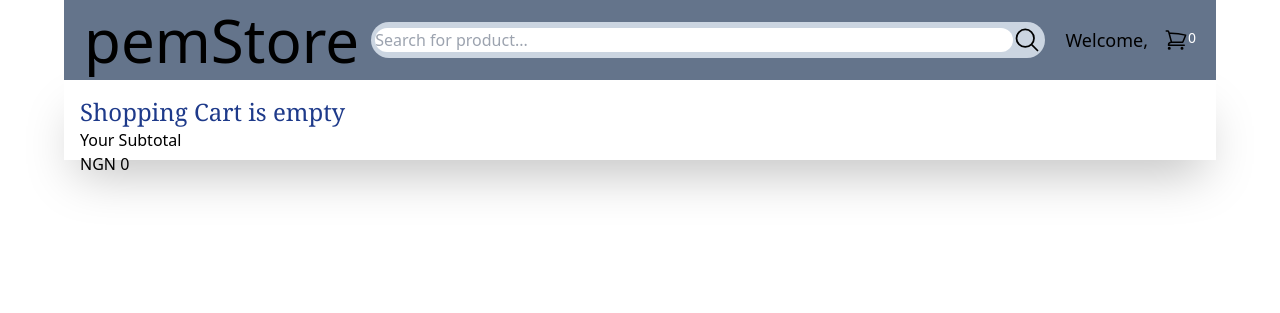
Repository: Semanmernstack/pemstore
Page: /checkout
The author's editor kept a copy of each file at every save. The page is drawn from the files as they stood at one save, then again after the next save.
The browser window is 1280 px wide. The pictures show the whole page.
The page's requests for data from a server got no answer. The project was rebuilt for these pictures with package versions that can differ from the ones it lists, and the page was loaded fresh each time. The framework's server and built-in components were replaced by stand-ins that run in the browser. No one was signed in, and anything a server would have sent is missing. Also part of the build but not shown: next.config.js, components/CheckoutProduct.js.

Above is the page before, as saved 2022-11-06 04:52:47.

After the next save:
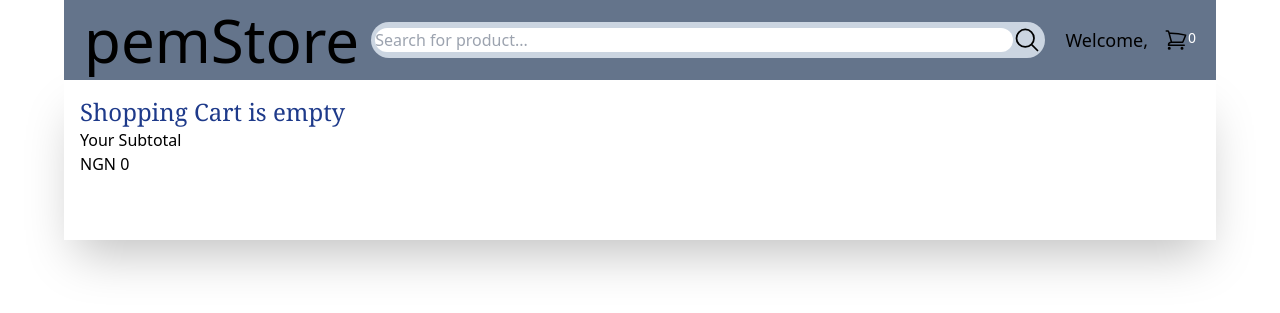
Saved 13 s later.
--- a/pages/checkout.js
+++ b/pages/checkout.js
@@ -11,7 +11,7 @@ function Checkout() {
   return (
     <div  className=" mx-auto max-w-6xl "  >
         <Header />
-        <div className="h-20 p-4 shadow-2xl">
+        <div className="h-40 p-4 shadow-2xl">
         <div className="flex items-center  text-lg md:text-xl lg:text-2xl font-serif text-blue-900 space-x-4 ">
             <h1>{items.length === 0 ? "Shopping Cart is empty"  : "This is your pemStore Shopping Cart" }   </h1>
             <p>{session?.user.name}</p>
